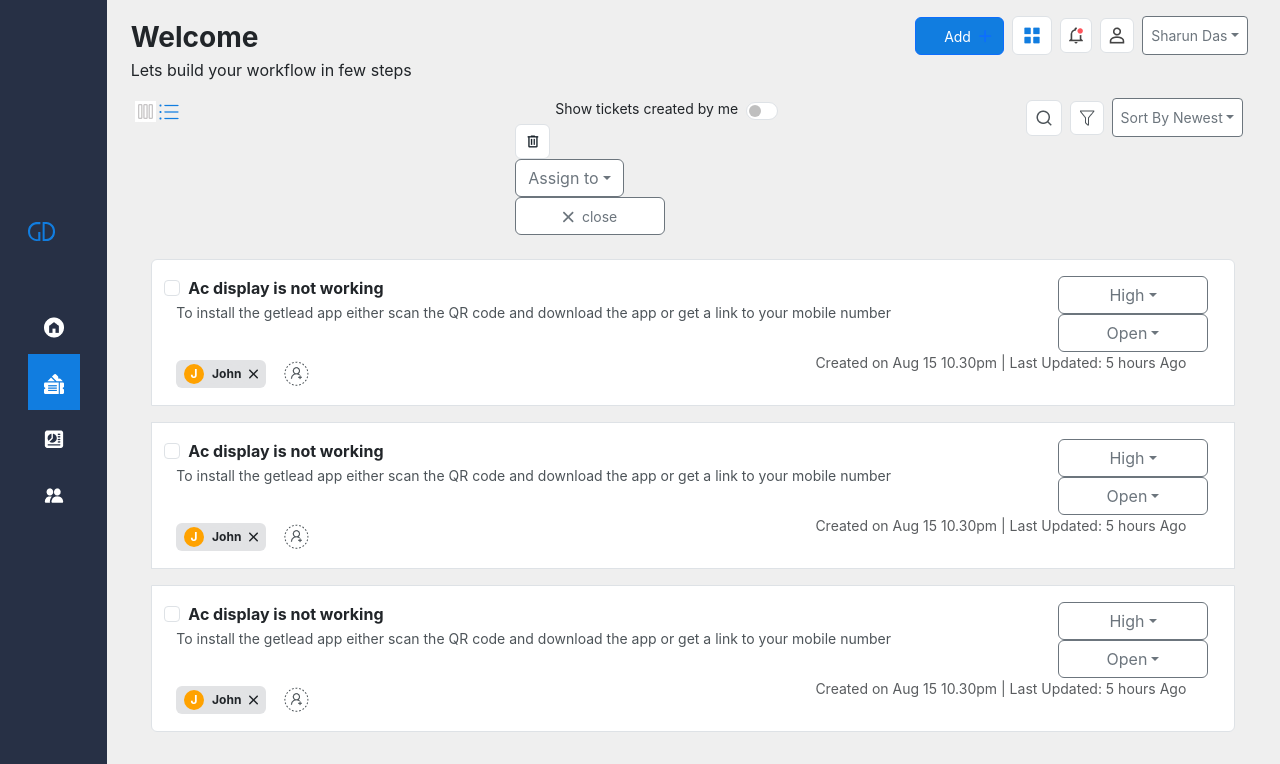
Repository: rishikarajeev/GL_HelpDesk
Page: /
An editor plug-in stored every save of this project. The page is shown before and after a run of saves, followed by the edit.
The browser window is 1280 px wide. The pictures show the whole page.
The project was rebuilt for these pictures with package versions that can differ from the ones it lists, and the page was loaded fresh each time. Also part of the build but not shown: src/App.css, src/Pages/HomePage.jsx.

Above is the page before, as saved 2024-01-11 14:29:22.

After the next 2 saves:
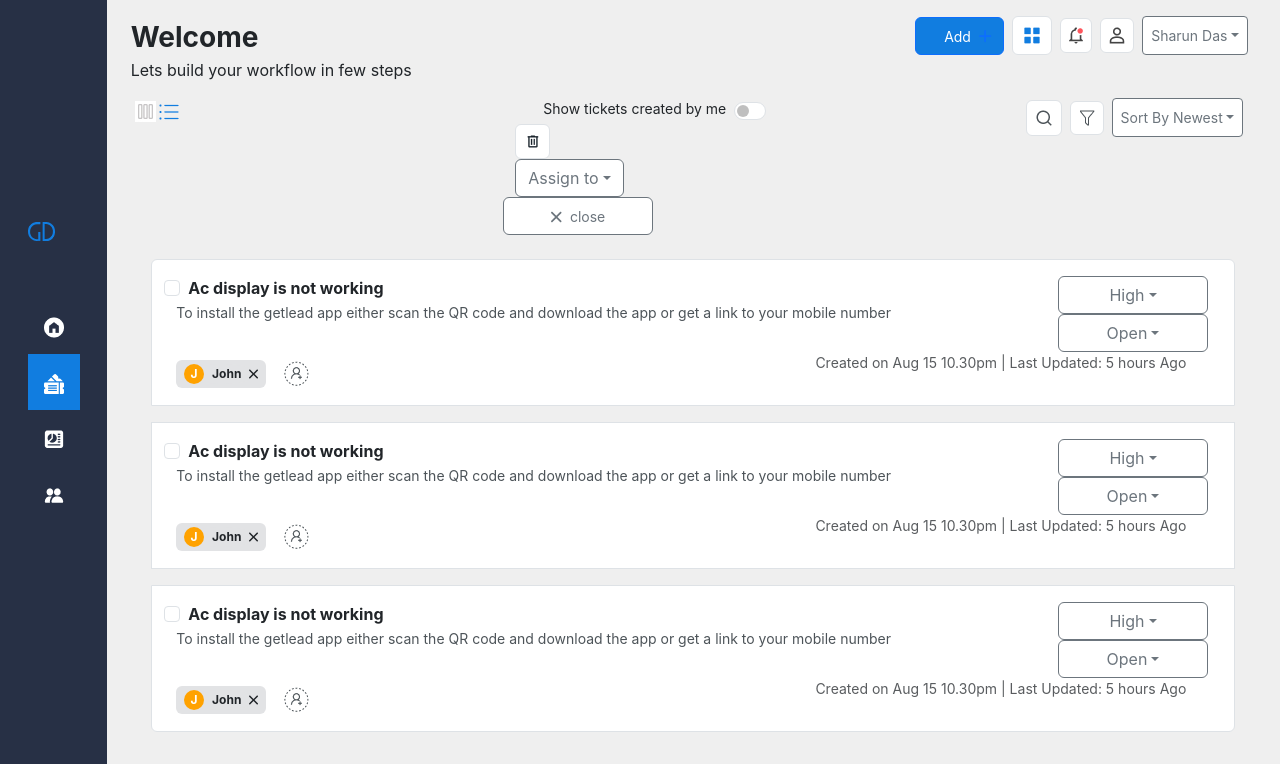
The 2 saves are shown as one change because 1 did not build or start.
The last was saved 12 s later.
--- a/src/Pages/ViewTickets.jsx
+++ b/src/Pages/ViewTickets.jsx
@@ -31,7 +31,7 @@ function ViewTickets() {
 
         <Col className=" ">
           <Row>
-            <Col>
+
             <div class="form-check form-switch ms-0 d-flex align-items-start">
             <label
               class="form-check-label small me-5 p "
@@ -74,7 +74,7 @@ function ViewTickets() {
               <FontAwesomeIcon icon={faTimes} className="small" />
               <span className="small ms-2">close</span>
             </Button>
-            </Col>
+
           </Row>
         </Col>
         <Col className="text-end d-none d-lg-block">
